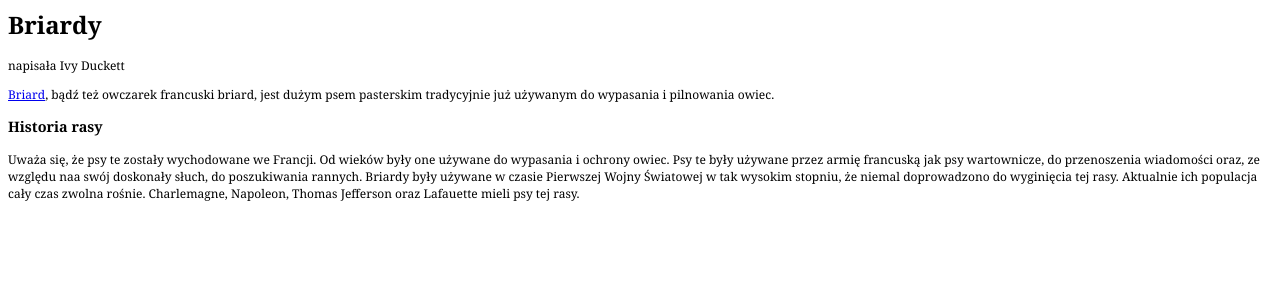
Repository: Lenerystia/HTML
Page: Rozdział 12/Pierwsza_litera/first-letter.html
These files come from the project's save history. The page is drawn as it stood at one moment and after the next save; the edit follows.
The browser window is 1280 px wide. The pictures show the whole page.

Above is the page before, as saved 2022-02-02 12:40:41.

### Rozdział 12/Pierwsza_litera/first-letter.html
 <html>
	<head>
		<meta http-equiv="content-type" content="text/html; charset=UTF-8">
			<title>Właściwości: font-size</title>
			<style type="text/css">
				body{
				font-family: Georgia, Times, serif;
				font-size: 12px;
				}
				h1{
				font-size: 200%;
				}
				h3{
				font-size: 1.2em;
				}
			<!--
			px		em		procent
			---------------------
			16px	1em		100%

			-->
			</style>
		</head>
		<body>
			<h1>Briardy</h1>
			<p class="credits">napisała Ivy Duckett</p>
			<p class="intro"><a class="breed" href="http://pl.wikipedia.org/wiki/Briard">Briard</a>, bądź też owczarek francuski briard, jest dużym psem pasterskim tradycyjnie już używanym do wypasania i pilnowania owiec.</p>
			<h3>Historia rasy</h3>
			<p>Uważa się, że psy te zostały wychodowane we Francji. Od wieków były one używane do wypasania i ochrony owiec. Psy te były używane przez armię francuską jak psy wartownicze, do przenoszenia wiadomości oraz, ze względu naa swój doskonały słuch, do poszukiwania rannych. Briardy były używane w czasie Pierwszej Wojny Światowej w tak wysokim stopniu, że niemal doprowadzono do wyginięcia tej rasy. Aktualnie ich populacja cały czas zwolna rośnie. Charlemagne, Napoleon, Thomas Jefferson oraz Lafauette mieli psy tej rasy.</p>
		</body>
</html>

Loaded but not shown: Rozdział 12/Pierwsza_litera/style.css (no stored copy; drawn as an empty file)

After the next save:
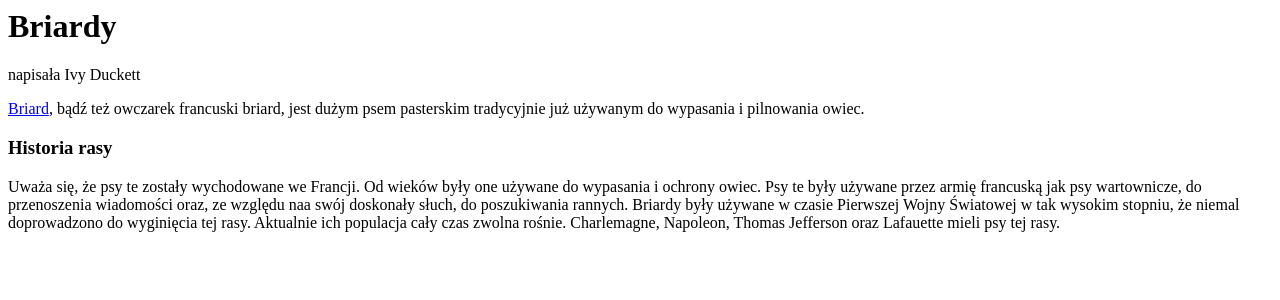
Saved 19 s later.
--- a/Rozdział 12/Pierwsza_litera/first-letter.html
+++ b/Rozdział 12/Pierwsza_litera/first-letter.html
@@ -1,25 +1,8 @@
  <html>
 	<head>
 		<meta http-equiv="content-type" content="text/html; charset=UTF-8">
-			<title>Właściwości: font-size</title>
-			<style type="text/css">
-				body{
-				font-family: Georgia, Times, serif;
-				font-size: 12px;
-				}
-				h1{
-				font-size: 200%;
-				}
-				h3{
-				font-size: 1.2em;
-				}
-			<!--
-			px		em		procent
-			---------------------
-			16px	1em		100%
-
-			-->
-			</style>
+			<title>Pierwsza litera</title>
+			<link rel="stylesheet" href="style.css">
 		</head>
 		<body>
 			<h1>Briardy</h1>
